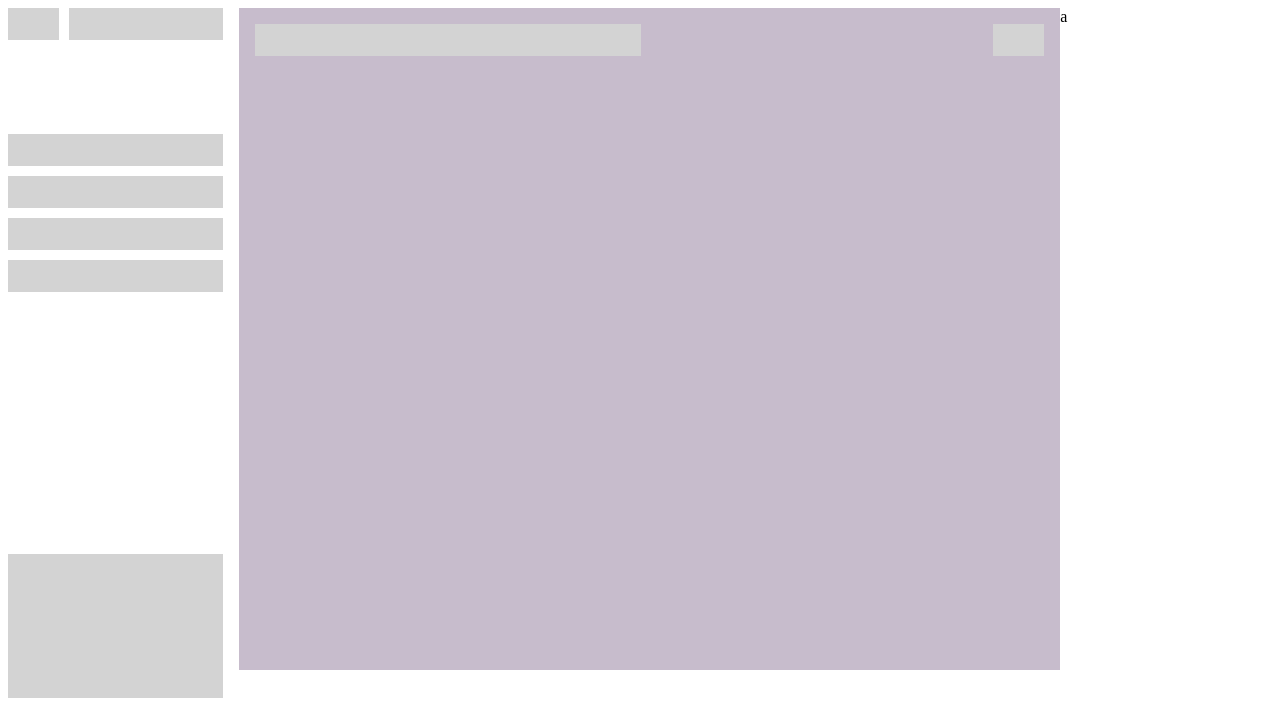
Repository: tr2cky/exercise2
Page: index.html
An editor plug-in stored every save of this project. The page is shown before and after the next save, followed by the edit.
The browser window is 1280 px wide. The pictures show the whole page.

Above is the page before, as saved 2022-10-01 11:55:52.

After the next save:
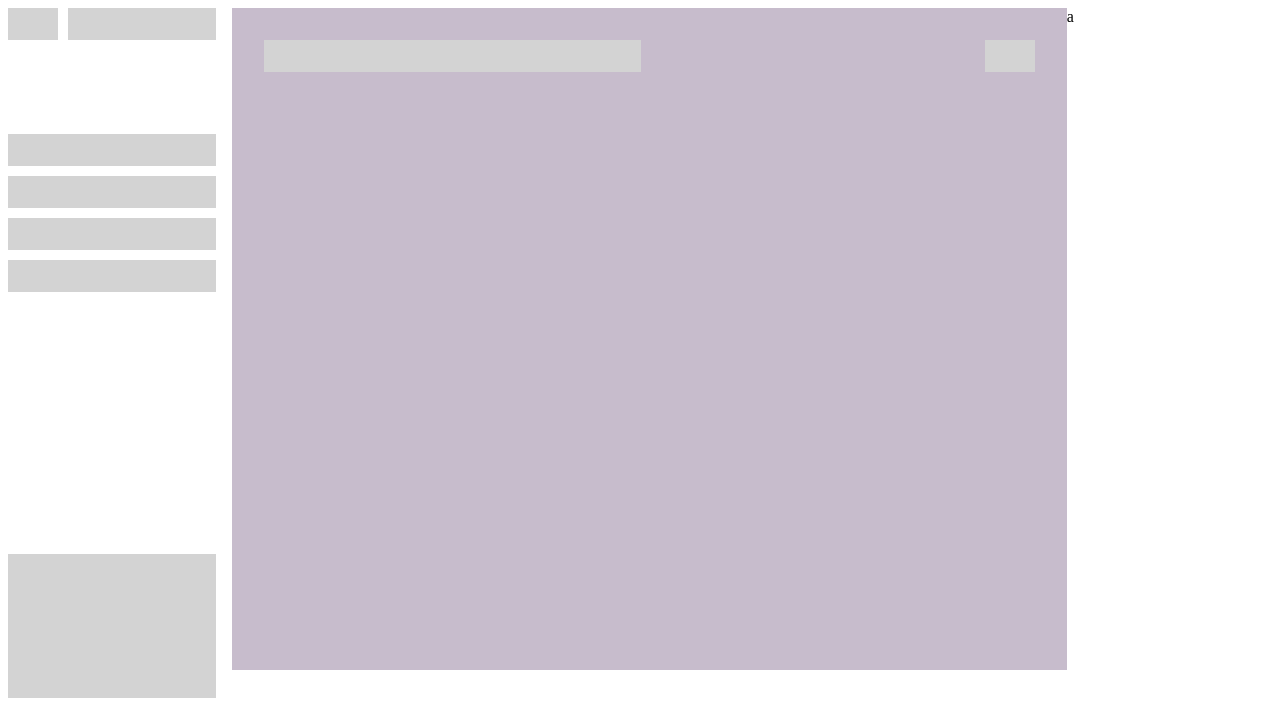
Saved 14 s later.
--- a/style.css
+++ b/style.css
@@ -10,7 +10,7 @@ main {
     grid-template-columns: repeat(12, 1fr);
     grid-auto-rows: 2em;
     grid-gap: 1em;
-    padding: 1em;
+    padding: 2em;
 }
 .side1 {
     flex-grow: 1;
